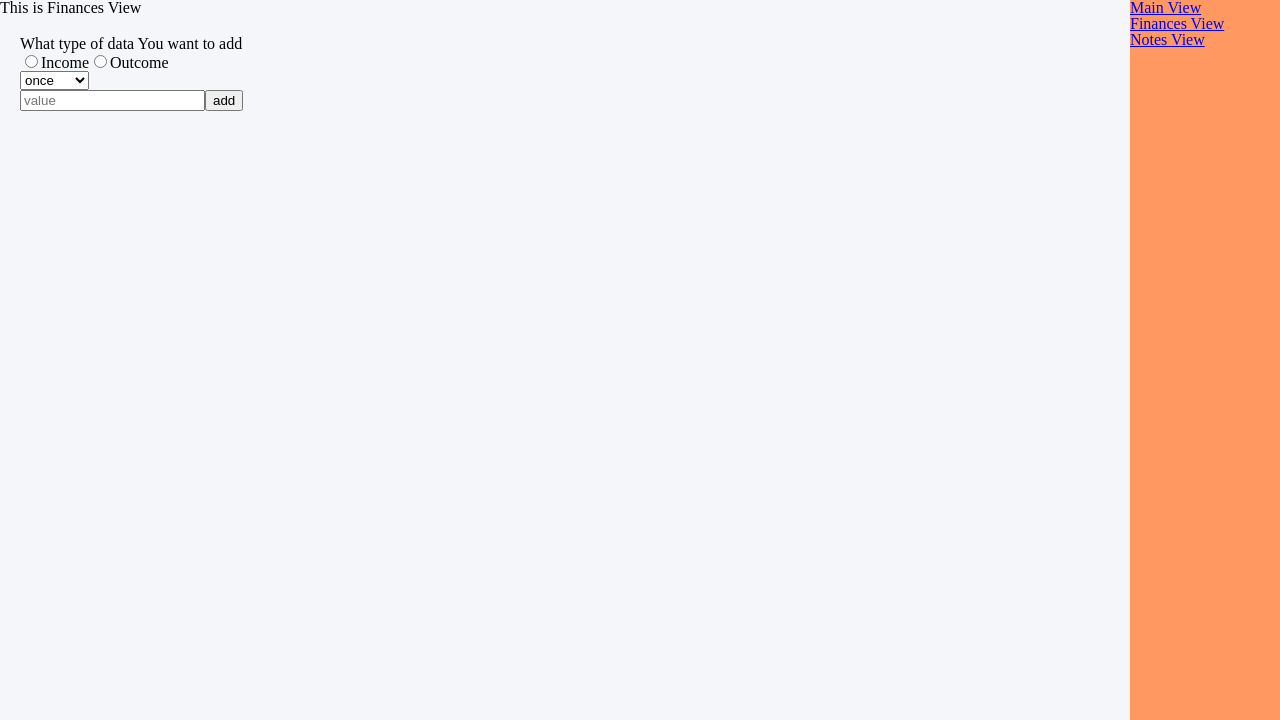
Repository: kryban93/Organiser-App
Page: /finances
An editor plug-in stored every save of this project. The page is shown before and after the next save, followed by the edit.
The browser window is 1280 px wide. The pictures show the whole page.
The project was rebuilt for these pictures with package versions that can differ from the ones it lists, and the page was loaded fresh each time. Also part of the build but not shown: src/index.css, src/Components/MainView/MainView.js, src/Components/NotesView/NotesView.scss, src/Components/Note/Note.scss, src/Components/Note/Note.js, src/Components/NotesView/NotesView.js.

Above is the page before, as saved 2020-10-13 19:58:01.

### src/App.js
import React from 'react';
import { BrowserRouter as Router, Switch, Route } from 'react-router-dom';
import './App.scss';
import MainView from './Components/MainView/MainView';
import Nav from './Components/Nav/Nav';
import FinancesView from './Components/FinancesView/FinancesView';
import NotesView from './Components/NotesView/NotesView';

function App() {
  return (
    <>
      <Router>
        <Nav />
        <main className='main'>
          <Switch>
            <Route exact path='/'>
              <MainView />
            </Route>
            <Route path='/finances'>
              <FinancesView />
            </Route>
            <Route path='/notes'>
              <NotesView />
            </Route>
          </Switch>
        </main>
      </Router>
    </>
  );
}

export default App;

### src/App.scss
@import './reset.scss';

.main {
  margin-right: 150px;
  background-color: #f4f6f9;
  min-height: 100vh;
}

### src/Components/Nav/Nav.js
import React from 'react';
import './Nav.scss';
import { NavLink } from 'react-router-dom';

const Nav = () => {
  return (
    <nav className='nav'>
      <div className='nav__menu'>
        <NavLink to='/'>
          <p>Main View</p>
        </NavLink>
        <NavLink to='/finances'>
          <p>Finances View</p>
        </NavLink>
        <NavLink to='/notes'>
          <p>Notes View</p>
        </NavLink>
      </div>
    </nav>
  );
};

export default Nav;

### src/Components/FinancesView/FinancesView.js
import React from 'react';
import './FinancesView.scss';

const FinancesView = () => {
  function handleSubmit(event) {
    event.preventDefault();
    console.log(event.target.financeType);
  }

  return (
    <section>
      <div>
        <h1>This is Finances View</h1>

        <form className='finance__form' onSubmit={handleSubmit}>
          <h3>What type of data You want to add</h3>
          <div>
            <label>
              <input type='radio' name='financeType' value='Income' />
              Income
            </label>
            <label>
              <input type='radio' name='financeType' value='Outcome' />
              Outcome
            </label>
          </div>
          <div>
            <select>
              <option>once</option>
              <option>yearly</option>
              <option>monthly</option>
              <option>weekly</option>
              <option>daily</option>
              <option>custon</option>
            </select>
          </div>
          <input type='number' placeholder='value' />
          <button>add</button>
        </form>
      </div>
    </section>
  );
};

export default FinancesView;

### src/Components/Nav/Nav.scss
.nav {
  background-color: #ff9961;
  position: absolute;
  top: 0;
  right: 0;
  height: 100%;
  width: 150px;
  display: flex;
}

### src/Components/FinancesView/FinancesView.scss
.finance {
  &__form {
    margin: 20px;
  }
}

### src/Components/FinanceForm/FinanceForm.js
import React from 'react';
import './FinanceForm.scss';

const FinanceForm = ({ handleSubmit }) => {
  return (
    <form className='finance__form' onSubmit={handleSubmit}>
      <h3>What type of data You want to add</h3>
      <div>
        <label>
          <input type='radio' name='financeType' value='Income' />
          Income
        </label>
        <label>
          <input type='radio' name='financeType' value='Outcome' />
          Outcome
        </label>
      </div>
      <div>
        <select>
          <option>once</option>
          <option>yearly</option>
          <option>monthly</option>
          <option>weekly</option>
          <option>daily</option>
          <option>custon</option>
        </select>
      </div>
      <input type='number' placeholder='value' />
      <button>add</button>
    </form>
  );
};

export default FinanceForm;

Loaded but not shown: public/index.html (common file); src/index.js (common file); src/serviceWorker.js (common file); src/reset.scss (common file); src/index.css (no copy from this time; the picture is the same without it); src/Components/MainView/MainView.module.scss (no stored copy; drawn as an empty file)

After the next save:
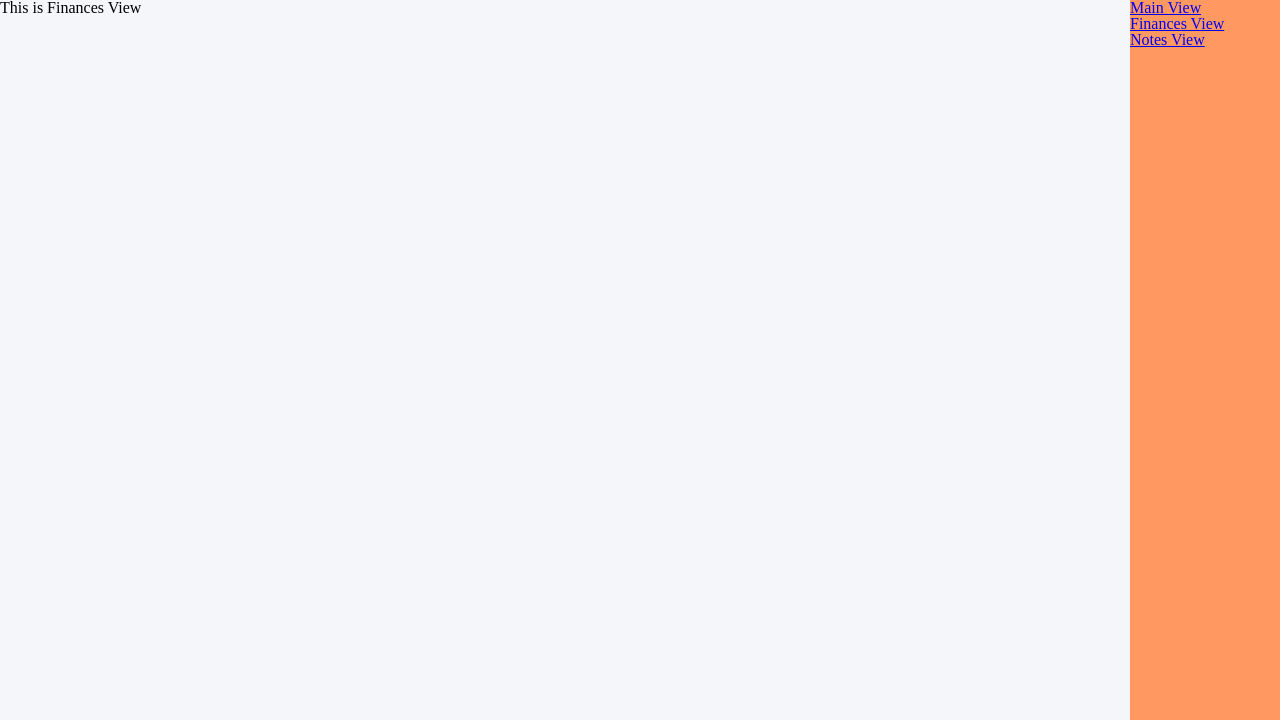
Saved 20 s later.
--- a/src/Components/FinancesView/FinancesView.js
+++ b/src/Components/FinancesView/FinancesView.js
@@ -1,5 +1,6 @@
 import React from 'react';
 import './FinancesView.scss';
+import FinanceForm from '../FinanceForm/FinanceForm';
 
 const FinancesView = () => {
   function handleSubmit(event) {
@@ -11,32 +12,6 @@
     <section>
       <div>
         <h1>This is Finances View</h1>
-
-        <form className='finance__form' onSubmit={handleSubmit}>
-          <h3>What type of data You want to add</h3>
-          <div>
-            <label>
-              <input type='radio' name='financeType' value='Income' />
-              Income
-            </label>
-            <label>
-              <input type='radio' name='financeType' value='Outcome' />
-              Outcome
-            </label>
-          </div>
-          <div>
-            <select>
-              <option>once</option>
-              <option>yearly</option>
-              <option>monthly</option>
-              <option>weekly</option>
-              <option>daily</option>
-              <option>custon</option>
-            </select>
-          </div>
-          <input type='number' placeholder='value' />
-          <button>add</button>
-        </form>
       </div>
     </section>
   );

After the save that followed:
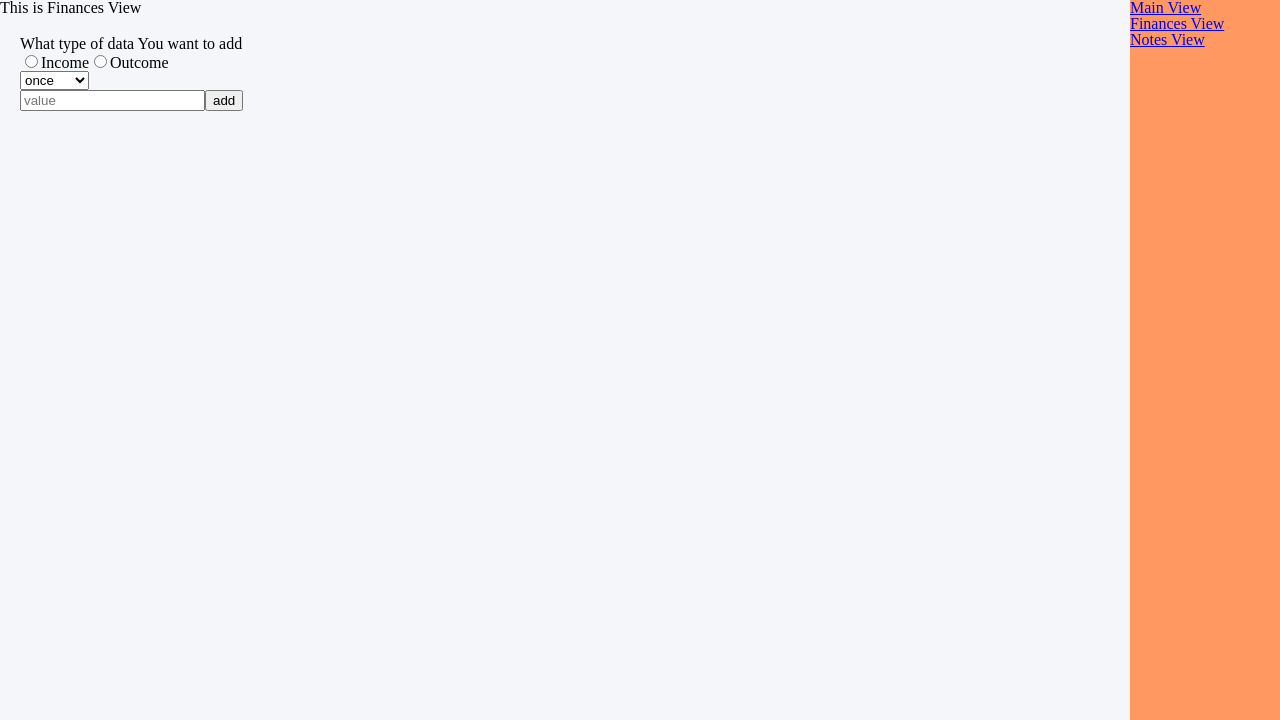
Saved 13 s later.
--- a/src/Components/FinancesView/FinancesView.js
+++ b/src/Components/FinancesView/FinancesView.js
@@ -12,6 +12,8 @@
     <section>
       <div>
         <h1>This is Finances View</h1>
+
+        <FinanceForm />
       </div>
     </section>
   );
